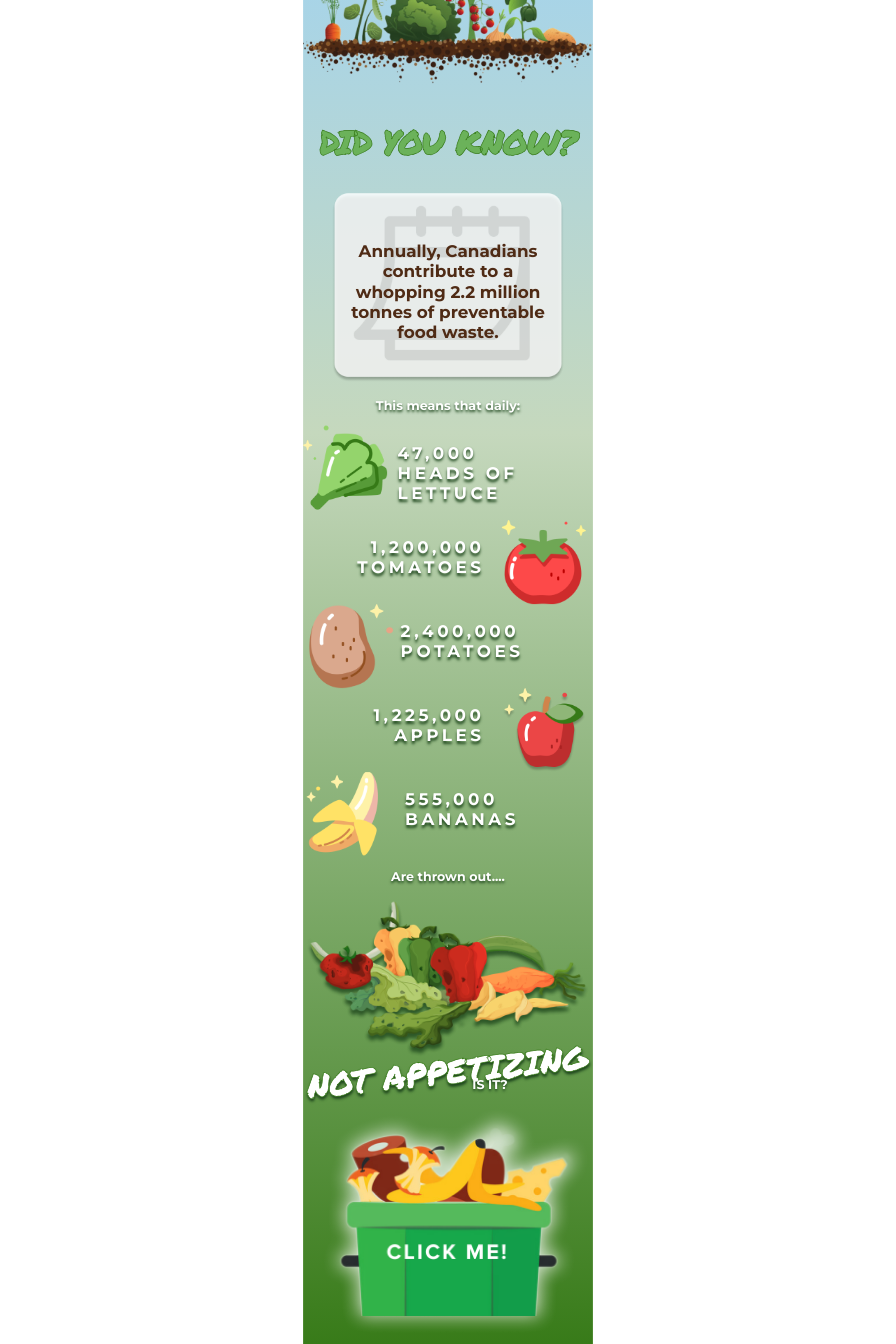
Repository: zoelake/DCDmidterm
Page: page1/index.html
These files come from the project's save history. The page is drawn as it stood at one moment and after the next save; the edit follows.
The browser window is 1280 px wide. The pictures show the part of the page from y = 680 to 2600 px (the page is 2600 px tall), at 70% of full size.

Above is the page before, as saved 2021-03-05 20:57:09.

After the next save:
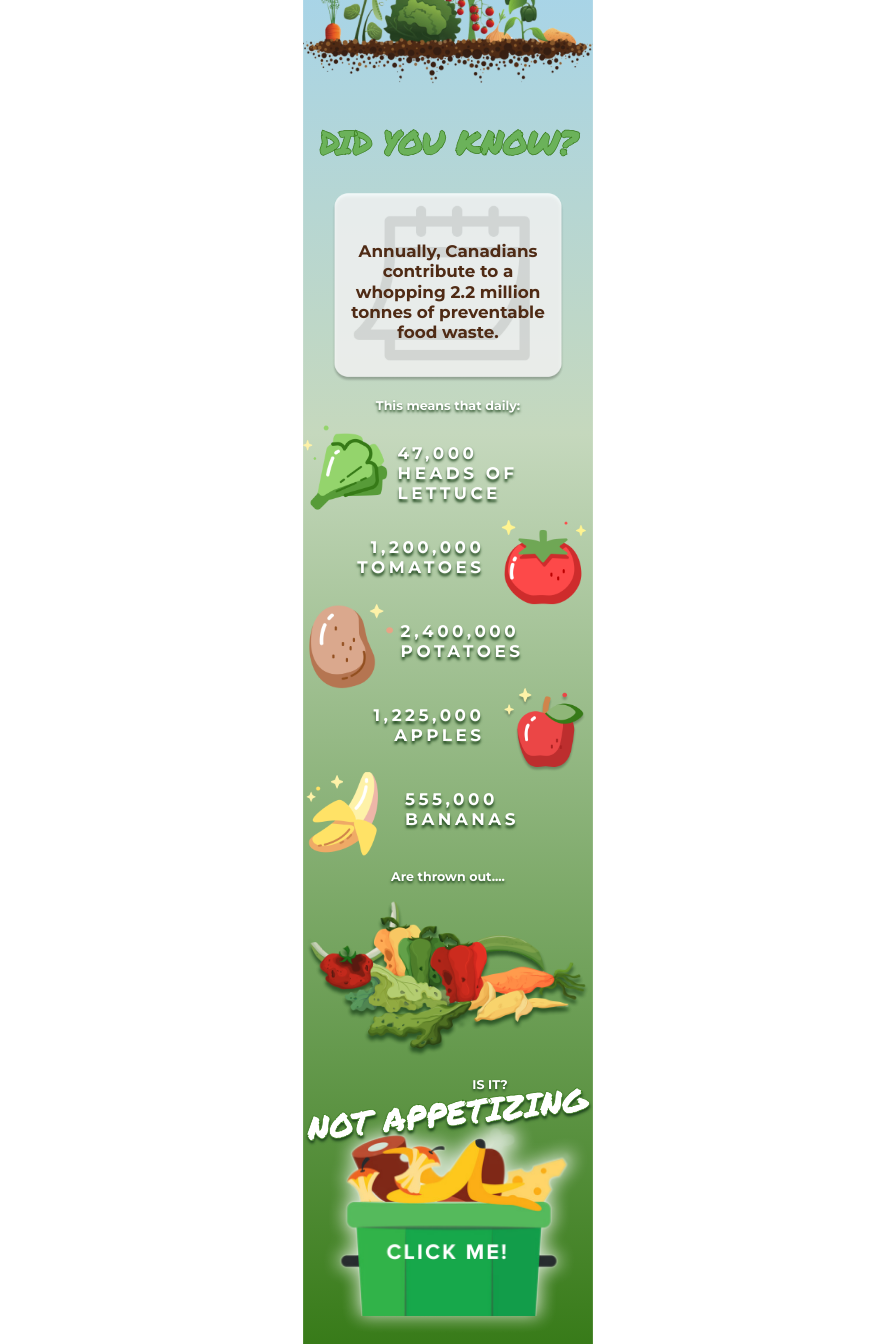
Saved 6 s later.
--- a/page1/style.css
+++ b/page1/style.css
@@ -37,7 +37,7 @@
     color: white;
     text-shadow: 0px 4px 4px #1F471E;
     position: absolute;
-    top: 2140px;
+    top: 21425x;
     transform: rotate(-6deg);
 }
 

After the save that followed:
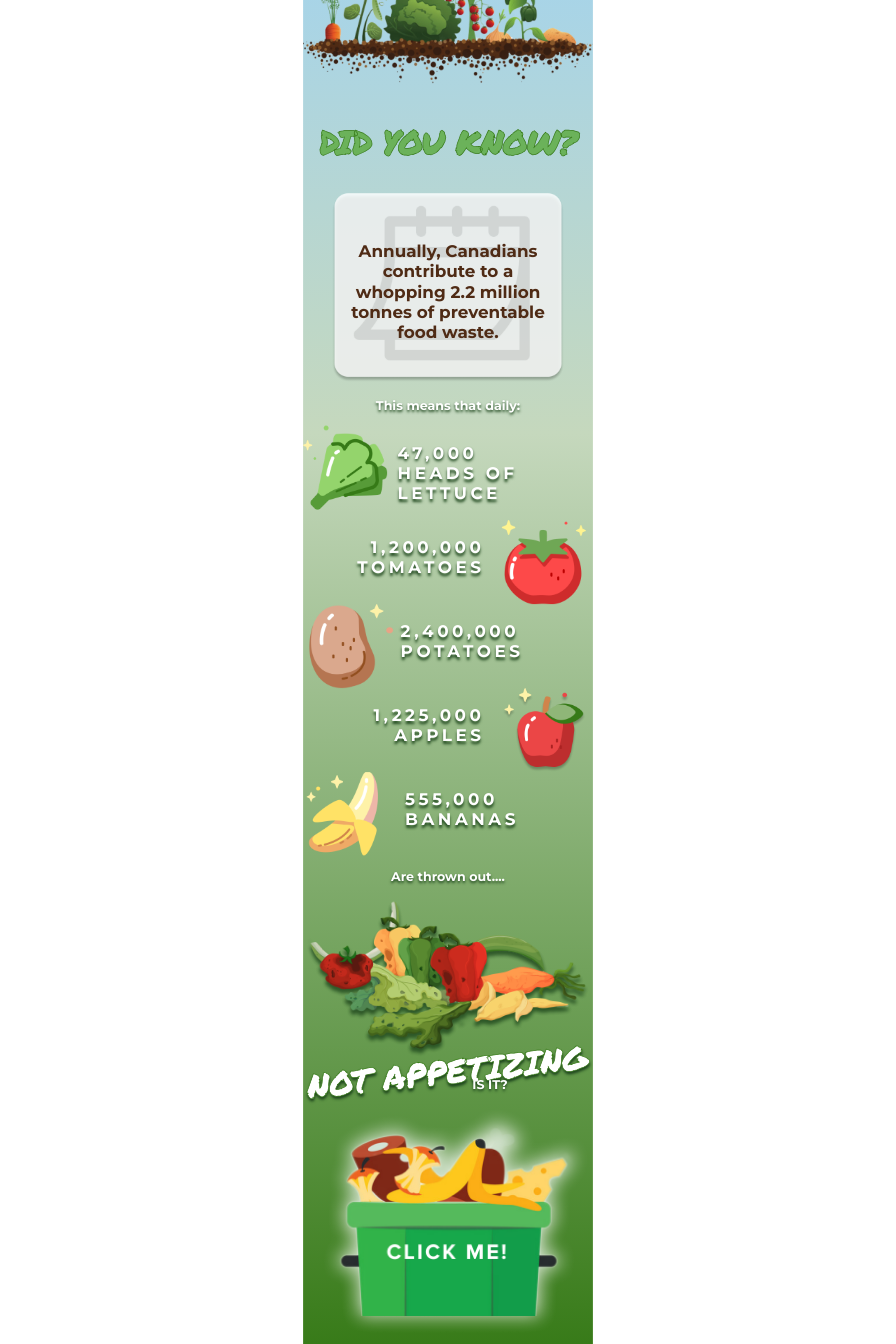
Saved 7 s later.
--- a/page1/style.css
+++ b/page1/style.css
@@ -37,7 +37,7 @@
     color: white;
     text-shadow: 0px 4px 4px #1F471E;
     position: absolute;
-    top: 21425x;
+    top: 2140px;
     transform: rotate(-6deg);
 }
 
